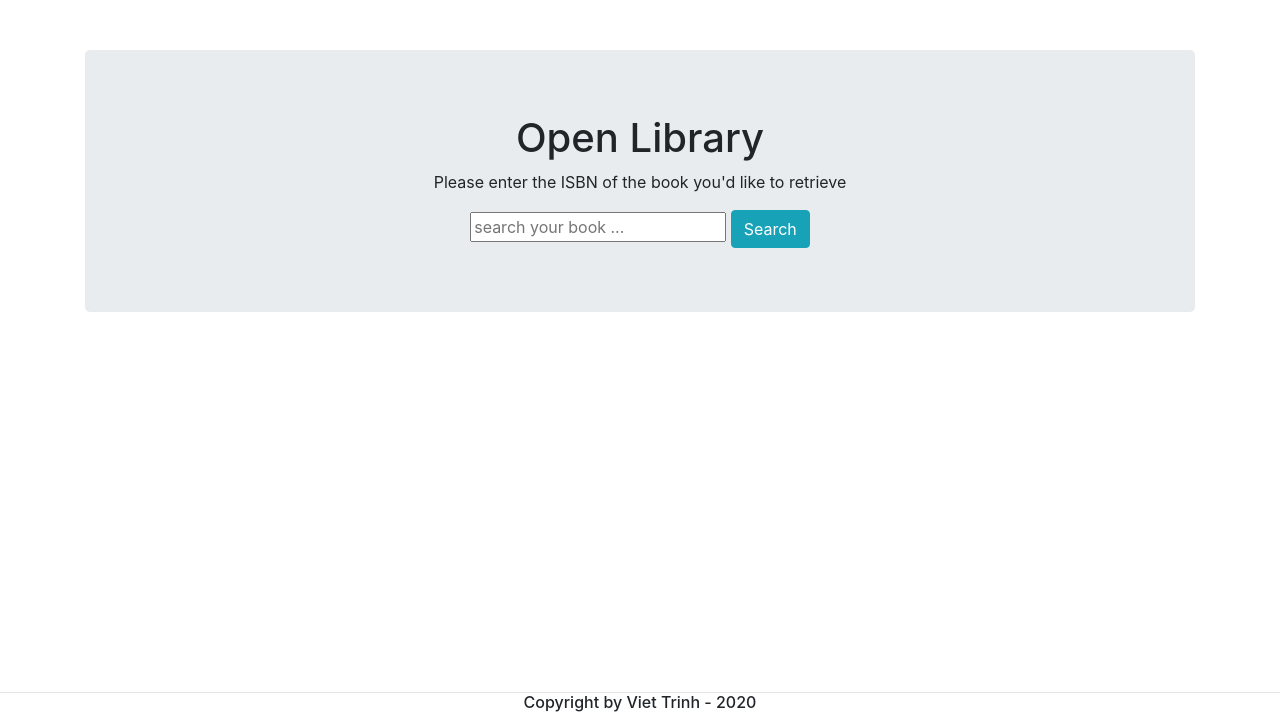
Repository: redbeard-sys/RequestAPIChallenge
Page: http://localhost/
The author's editor kept a record of every edit. The page is drawn from the files as they stood at one moment, then again after the next edit.
The browser window is 1280 px wide. The pictures show the whole page.
The page is served by the project's Node server (index.js).

Above is the page before.

### views/home.ejs
<%- include ('templates/header'); -%>

<div class='container'>
	<div class='jumbotron'>
		<h1> Open Library </h1>
		<p>Please enter the ISBN of the book you'd like to retrieve</p>
		<form action='/results' method='GET'>
			<input type='text' name='search' placeholder='search your book ...'>
			<button class='btn btn-info'>Search</button>
		</form>
	</div>
</div>

<%- include ('templates/footer'); -%>

### views/templates/header.ejs
<!DOCTYPE html>
<html>
  <head>
    <title>Intermediate Express</title>
    <meta http-equiv='Content-Type' content='text/html; charset=utf-8'/>
		<link rel='stylesheet' href='https://stackpath.bootstrapcdn.com/bootstrap/4.4.1/css/bootstrap.min.css'>
		<link rel='stylesheet' type='text/css' href='app.css'>
  </head>
  <body>

### views/templates/footer.ejs
	<div class='footer'>
		<hr>
		<h6>Copyright by Viet Trinh - 2020</h6>
	</div>
  </body>
</html>

### index.js
/* Require external APIs and start our application instance */
var express = require('express');
var app = express();
var request = require('request');

/* Configure our server to read public folder and ejs files */
app.use(express.static('public'));
app.set('view engine', 'ejs');

/* The handler for the DEFAULT route */
app.get('/', function(req, res){
    res.render('home');
});

/* The handler for the /results route */
app.get('/results', function(req, res){
	var isbn = req.isbn.search;
	var data = req.data.search;
	var url = 'https://openlibrary.org/api/books&bibkeys=ISBN:' + isbn + '&jscmd=' + data;
	request(url, function(error, response, dataStream){
		if (!error && response.statusCode == 200){
			var data = JSON.parse(dataStream);
			//console.log('data=',data);
			res.render('results', {data: data});
		}
	});
});

/* The handler for undefined routes */
app.get('*', function(req, res){
   res.render('error');
});

/* Start the application server */
app.listen(process.env.PORT || 3000, function(){
    console.log('Server has been started');
})

### public/app.css
body{
	margin: 50px 0px auto auto;
	text-align: center;
}

.footer{
	width: 100%;
	position: absolute;
	bottom: 0;
}

hr{
	margin: 0 auto;
}

#movies-list, #movies-list p, #movies-list h5{
  list-style: none;
  margin: 0;
  padding: 0;
}

#movies-list > li{
  float: left;
  margin-right: 50px;
  width: 120px;
}

#movies-list > li > .poster{
  display: block;
  float: left;
  margin-right: 0px;
}

#movies-list > li > .poster,
#movies-list > li > .poster > img{
  width: 100%;
  height: 100%;
}

After the next edit:
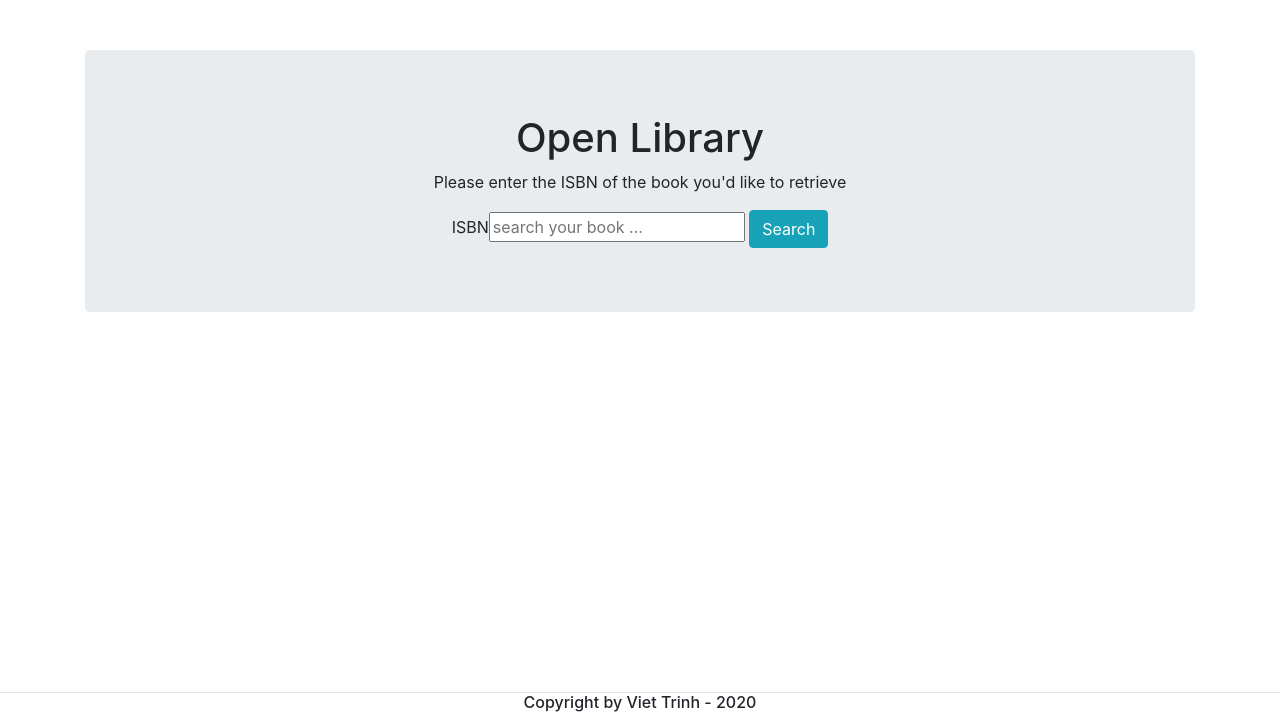
The edit:
--- a/views/home.ejs
+++ b/views/home.ejs
@@ -5,7 +5,7 @@
 		<h1> Open Library </h1>
 		<p>Please enter the ISBN of the book you'd like to retrieve</p>
 		<form action='/results' method='GET'>
-			<input type='text' name='search' placeholder='search your book ...'>
+			<label>ISBN</label><input type='text' name='search' placeholder='search your book ...'>
 			<button class='btn btn-info'>Search</button>
 		</form>
 	</div>
